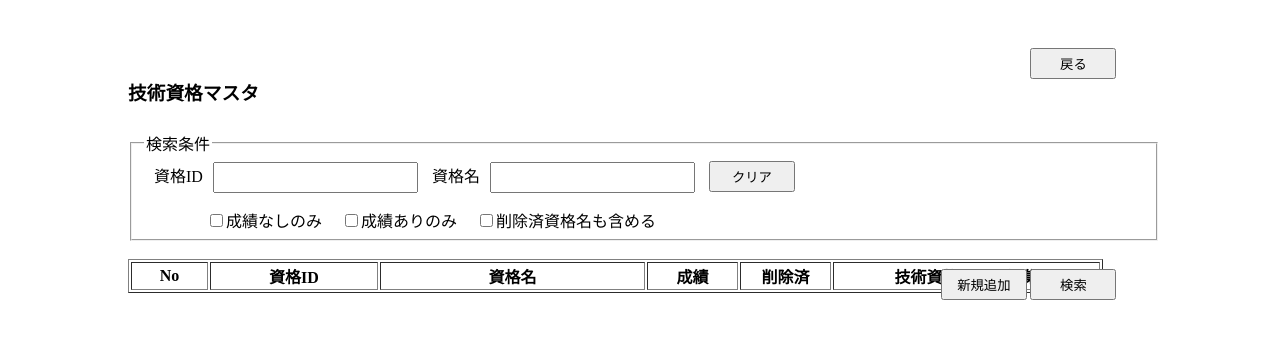
Repository: nguyenvantandev/WebApp
Page: http://localhost/EmployeeInfoSystem/SkillList.jsp
These files come from the project's save history. The page is drawn as it stood at one moment and after the next save; the edit follows.
The browser window is 1280 px wide. The pictures show the whole page.
Some web libraries are served in a nearby version. The page is served by Tomcat 9.

Above is the page before, as saved 2016-06-06 06:07:20.
Console error: ReferenceError: skillList_load is not defined

After the next save:
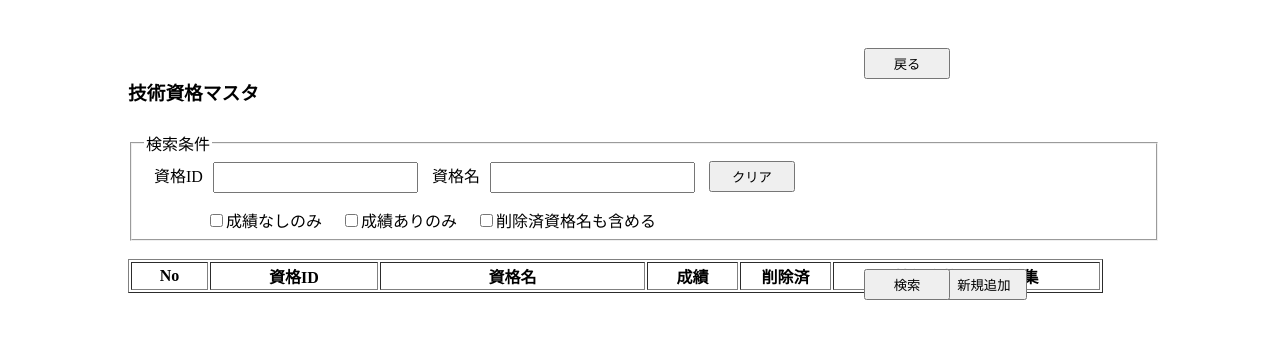
Saved 30 s later.
--- a/EmployeeInfoSystem/WebContent/css/SkillList.css
+++ b/EmployeeInfoSystem/WebContent/css/SkillList.css
@@ -12,7 +12,7 @@ body{
     margin-top: 10px;
     margin-right: 10px;
     margin-bottom: 10px;
-    right: 12%;
+    right: 25%;
 	position: absolute;
 }
 #shinkitsuika{
@@ -31,7 +31,7 @@ body{
     margin-top: 10px;
     margin-right: 10px;
     margin-bottom: 10px;
-    right: 12%;
+    right: 25%;
 	position: absolute;
 }
 h3{
